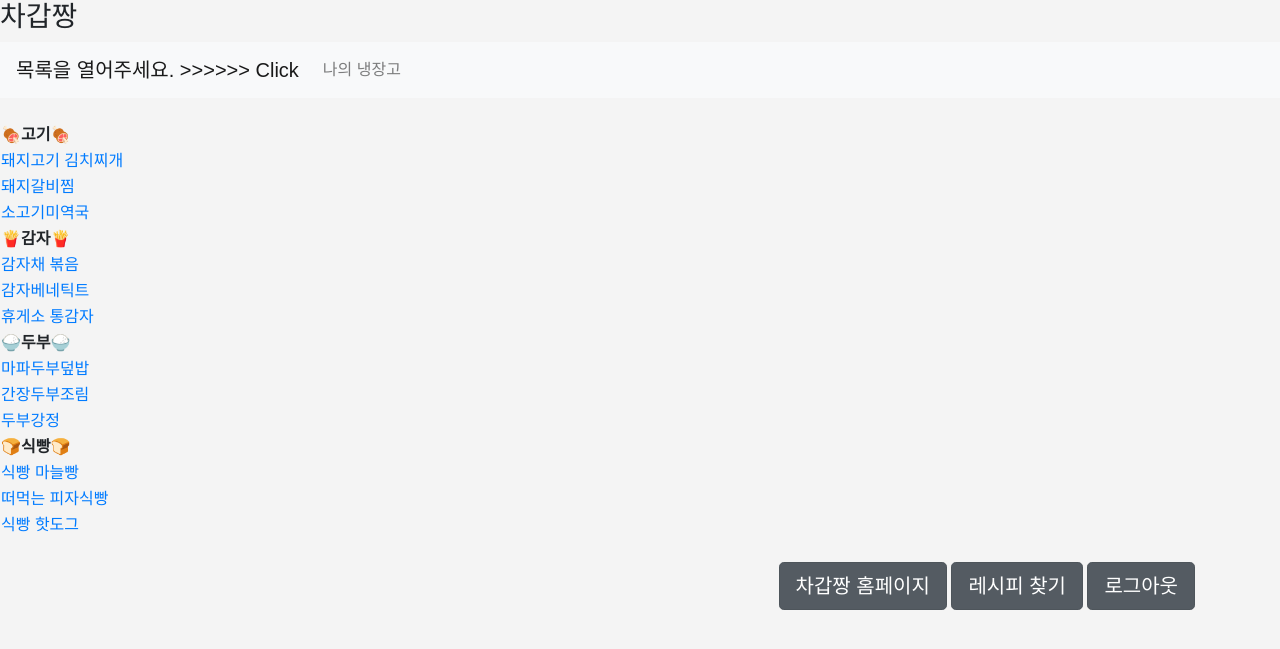
Repository: yousunning/coldzzang-miniproject
Page: http://localhost/cold/WEB-INF/views/bread.jsp
These files come from the project's save history. The page is drawn as it stood at one moment and after the next save; the edit follows.
The browser window is 1280 px wide. The pictures show the whole page.
The page is served by Tomcat 9. Nobody is signed in. Other server files are loaded and not shown. The template is opened directly, without the code that normally fills it, so the values that code supplies are empty.

Above is the page before, as saved 2024-01-23 08:08:31.

### cold/src/main/webapp/WEB-INF/views/bread.jsp
<%@ page language="java" contentType="text/html; charset=UTF-8"
    pageEncoding="UTF-8"%>
<!DOCTYPE html>

<html>
<head>
    <title>차갑짱 레시피</title>
    <meta name="viewport" content="width=device-width, initial-scale=1">
    <!-- Bootstrap CSS -->
    <link href="https://stackpath.bootstrapcdn.com/bootstrap/4.3.1/css/bootstrap.min.css" rel="stylesheet">
 <style>

        body {
            background-color: #f4f4f4;
            font-family: 'Arial', sans-serif;
        }
  </style>
</head>
<body>
    <h3>차갑짱</h3>
    <nav class="navbar navbar-expand-lg navbar-light bg-light">
        <a class="navbar-brand" href="/food/List/login">목록을 열어주세요. >>>>>> Click</a>
        <button class="navbar-toggler" type="button" data-toggle="collapse" data-target="#navbarNav" aria-controls="navbarNav" aria-expanded="false" aria-label="Toggle navigation">
            <span class="navbar-toggler-icon"></span>
        </button>
        <div class="collapse navbar-collapse" id="navbarNav">
            <ul class="navbar-nav">
                <li class="nav-item">
                    <a class="nav-link" href="/food/List/myRefrigerator">나의 냉장고</a>
                </li>
            </ul>
        </div>
    </nav>

    </div>
    <br>
   <table>
  <!-- Meat Dishes Section -->
  <tr>
    <th>🍖고기🍖</th>
  </tr>
  <tr>
    <td><a href="https://www.10000recipe.com/recipe/1785098" role="button" aria-pressed="true">돼지고기 김치찌개</a></td>
  </tr>
  <tr>
    <td><a href="https://www.10000recipe.com/recipe/6872886" role="button" aria-pressed="true">돼지갈비찜</a></td>
  </tr>
  <tr>
    <td><a href="https://www.10000recipe.com/recipe/6873683" role="button" aria-pressed="true">소고기미역국</a></td>
  </tr>

  <!-- Potato Dishes Section -->
  <tr>
    <th>🍟감자🍟</th>
  </tr>
  <tr>
    <td><a href="https://www.10000recipe.com/recipe/4007561" role="button" aria-pressed="true">감자채 볶음</a></td>
  </tr>
  <tr>
    <td><a href="https://www.10000recipe.com/recipe/6987503" role="button" aria-pressed="true">감자베네틱트</a></td>
  </tr>
  <tr>
    <td><a href="https://www.10000recipe.com/recipe/6830079" role="button" aria-pressed="true">휴게소 통감자</a></td>
  </tr>
  <tr>
  <th>🍚두부🍚</th>
  </tr>
  <tr>
  <td><a href ="https://www.10000recipe.com/recipe/6830294" role="button" aria-pressed="ture">마파두부덮밥</a></td>
  </tr>
  <tr>
  <td><a href ="https://www.10000recipe.com/recipe/6836561" role="button" aria-pressed="ture">간장두부조림</a></td>
  </tr>
  <tr>
  <td><a href ="https://www.10000recipe.com/recipe/6892065" role="button" aria-pressed="ture">두부강정</a></td>
  </tr>
    <th>🍞식빵🍞</th>
  </tr>
  <tr>
  <td><a href ="https://www.10000recipe.com/recipe/6833972" role="button" aria-pressed="ture">식빵 마늘빵</a></td>
  </tr>
  <tr>
  <td><a href ="https://www.10000recipe.com/recipe/6882613" role="button" aria-pressed="ture">떠먹는 피자식빵</a></td>
  </tr>
  <tr>
  <td><a href ="https://www.10000recipe.com/recipe/6857983" role="button" aria-pressed="ture">식빵 핫도그</a></td>
  </tr>
</table>

    <!-- 메인 컨텐츠 -->
    <div class="container mt-4" style="text-align:right;">
    <!-- 링크를 버튼처럼 스타일링 -->
    <a href="/food/List/homepage" class="btn btn-secondary btn-lg active" role="button" aria-pressed="true">차갑짱 홈페이지</a>
    <a href="/food/List/recipe" class="btn btn-secondary btn-lg active" role="button" aria-pressed="true">레시피 찾기</a>
    <a href="/food/List/login" class="btn btn-secondary btn-lg active" role="button" aria-pressed="true">로그아웃</a>
</div>
    <!-- jQuery, Popper.js, Bootstrap JS -->
    <script src="https://code.jquery.com/jquery-3.3.1.slim.min.js"></script>
    <script src="https://cdnjs.cloudflare.com/ajax/libs/popper.js/1.14.7/umd/popper.min.js"></script>
    <script src="https://stackpath.bootstrapcdn.com/bootstrap/4.3.1/js/bootstrap.min.js"></script>
</body>
</html>

After the next save:
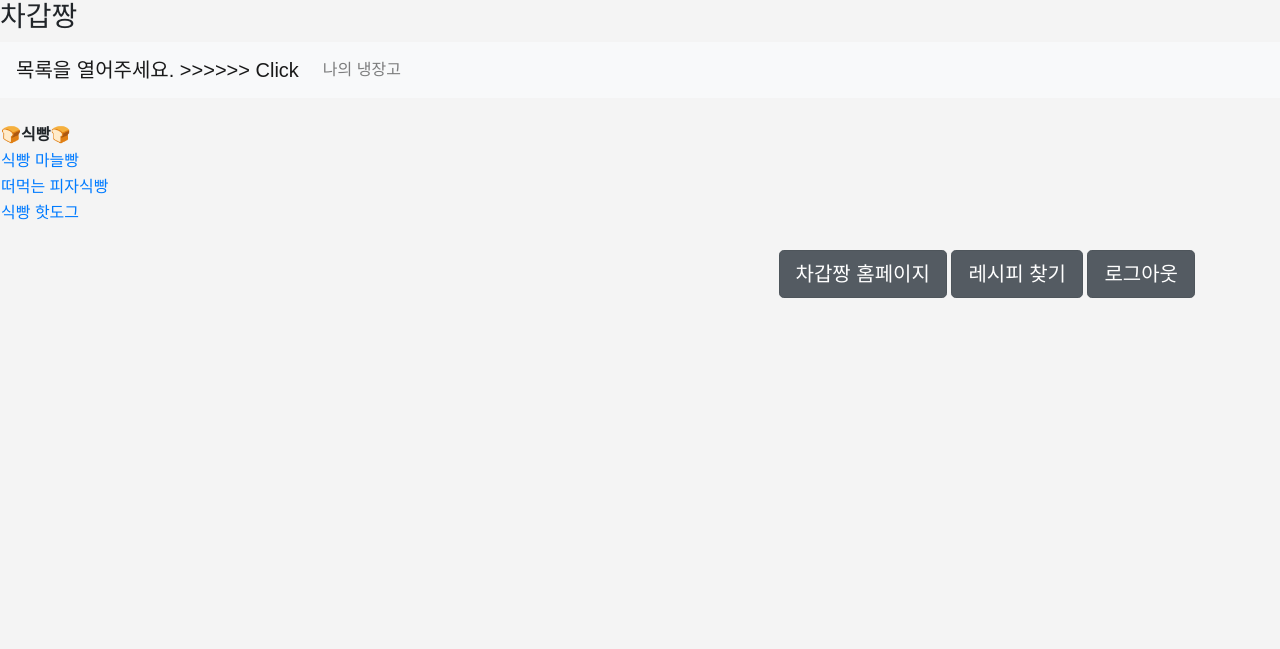
Saved 29 min 3 s later.
--- a/cold/src/main/webapp/WEB-INF/views/bread.jsp
+++ b/cold/src/main/webapp/WEB-INF/views/bread.jsp
@@ -37,43 +37,6 @@
    <table>
   <!-- Meat Dishes Section -->
   <tr>
-    <th>🍖고기🍖</th>
-  </tr>
-  <tr>
-    <td><a href="https://www.10000recipe.com/recipe/1785098" role="button" aria-pressed="true">돼지고기 김치찌개</a></td>
-  </tr>
-  <tr>
-    <td><a href="https://www.10000recipe.com/recipe/6872886" role="button" aria-pressed="true">돼지갈비찜</a></td>
-  </tr>
-  <tr>
-    <td><a href="https://www.10000recipe.com/recipe/6873683" role="button" aria-pressed="true">소고기미역국</a></td>
-  </tr>
-
-  <!-- Potato Dishes Section -->
-  <tr>
-    <th>🍟감자🍟</th>
-  </tr>
-  <tr>
-    <td><a href="https://www.10000recipe.com/recipe/4007561" role="button" aria-pressed="true">감자채 볶음</a></td>
-  </tr>
-  <tr>
-    <td><a href="https://www.10000recipe.com/recipe/6987503" role="button" aria-pressed="true">감자베네틱트</a></td>
-  </tr>
-  <tr>
-    <td><a href="https://www.10000recipe.com/recipe/6830079" role="button" aria-pressed="true">휴게소 통감자</a></td>
-  </tr>
-  <tr>
-  <th>🍚두부🍚</th>
-  </tr>
-  <tr>
-  <td><a href ="https://www.10000recipe.com/recipe/6830294" role="button" aria-pressed="ture">마파두부덮밥</a></td>
-  </tr>
-  <tr>
-  <td><a href ="https://www.10000recipe.com/recipe/6836561" role="button" aria-pressed="ture">간장두부조림</a></td>
-  </tr>
-  <tr>
-  <td><a href ="https://www.10000recipe.com/recipe/6892065" role="button" aria-pressed="ture">두부강정</a></td>
-  </tr>
     <th>🍞식빵🍞</th>
   </tr>
   <tr>
